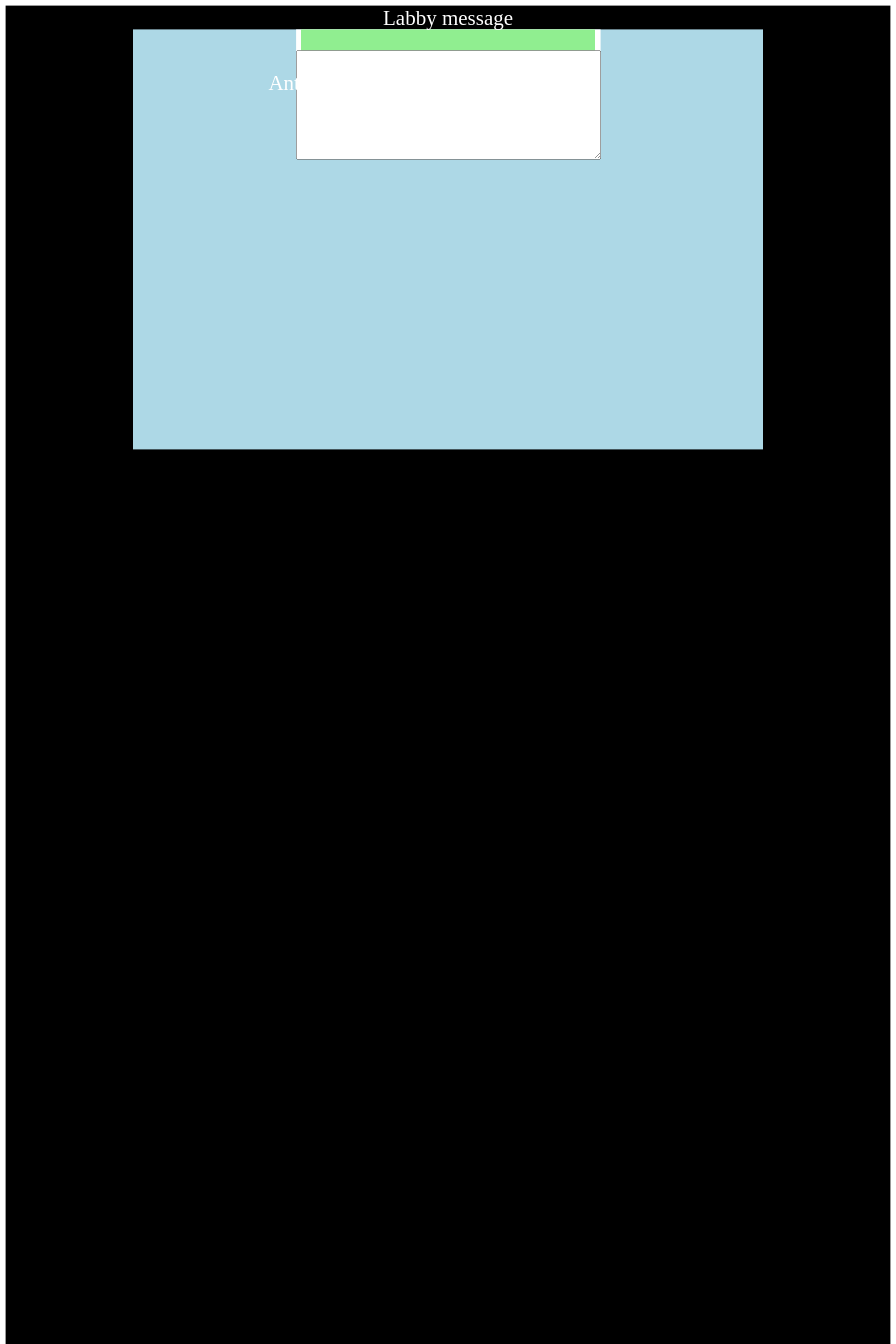
Repository: al223jw/1dv403-laborationer
Page: 2-labbymezzage/index.html
The author's editor kept a record of every edit. The page is drawn from the files as they stood at one moment, then again after the next edit.
The browser window is 1280 px wide. The pictures show the part of the page from y = 0 to 1920 px (the page is 9066 px tall), at 70% of full size.

Above is the page before.

After the next edit:
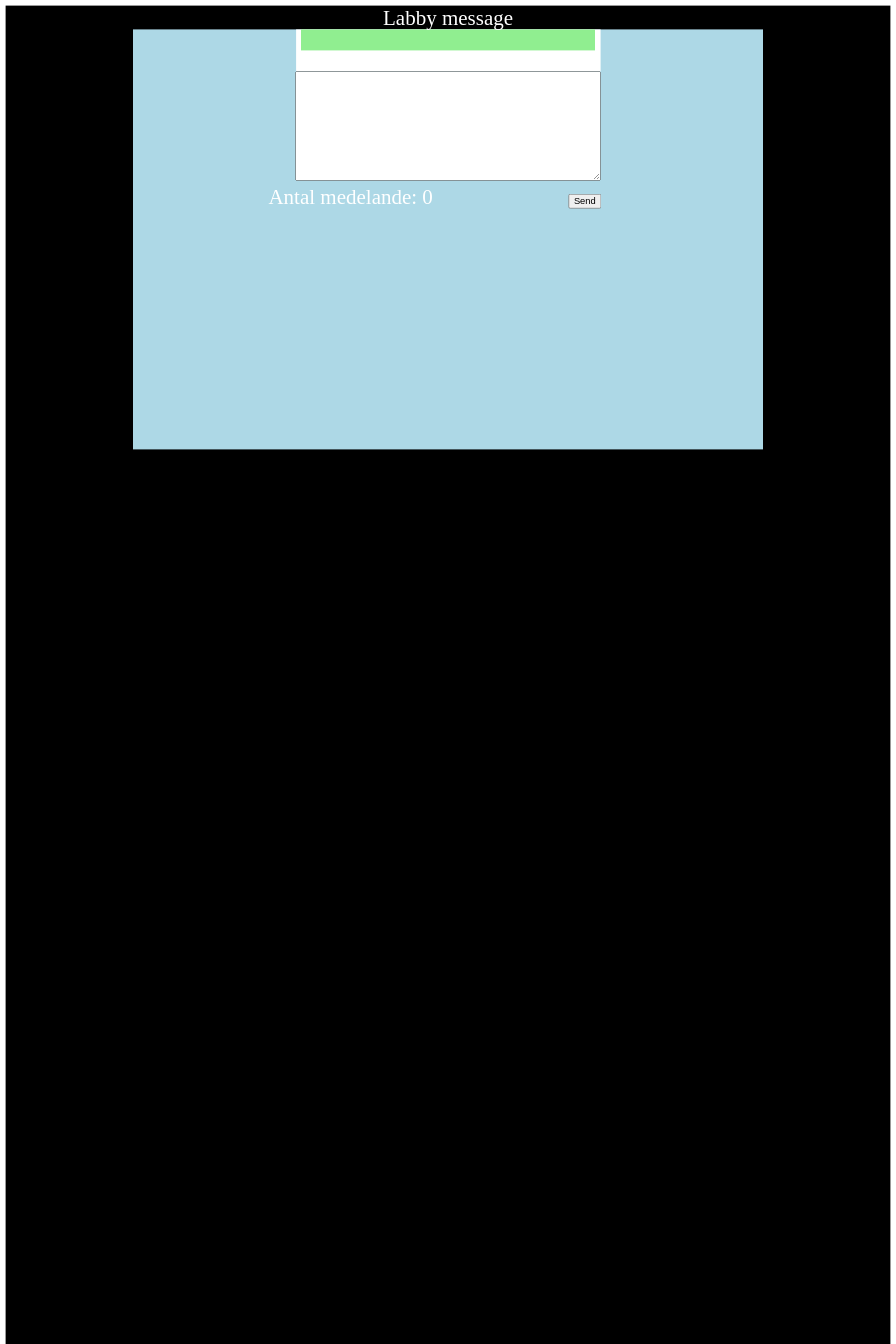
The edit:
--- a/2-labbymezzage/index.html
+++ b/2-labbymezzage/index.html
@@ -17,11 +17,10 @@
                     <div id="area">
                         <div id="message">
                         </div>
+                    </div>
+                     <textarea id="textarea" cols="49" rows="10">
 
-                    <textarea id="textarea" cols="49" rows="10">
-
-                        </textarea><br>
-                    </div>
+                     </textarea><br>
                     <div id="submit">
                         <input type="submit" value="Send"/>
                     </div>
